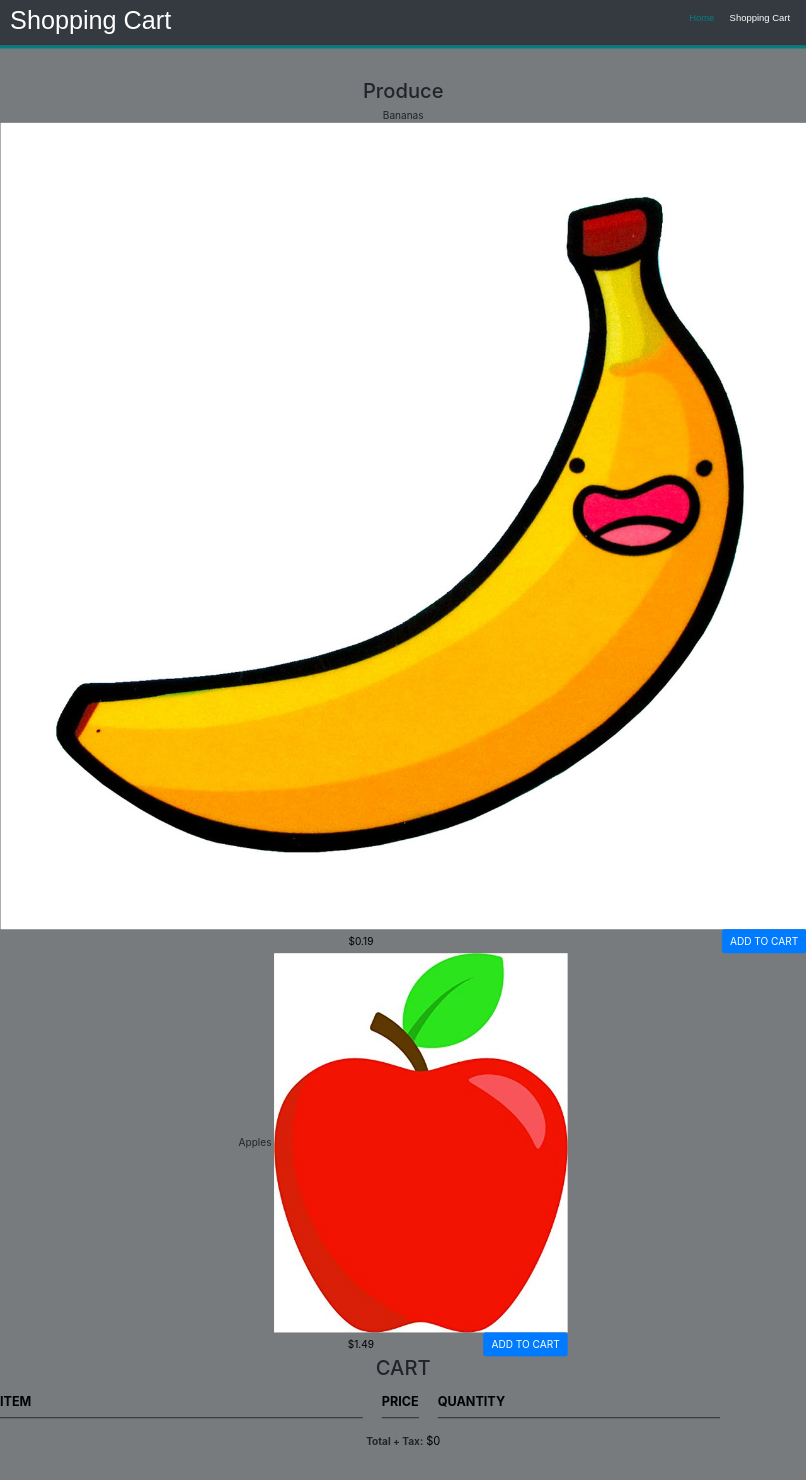
Repository: ElijahHallera/336-Internet-Prog
Page: http://localhost/shoppingcart.html
The author's editor kept a record of every edit. The page is drawn from the files as they stood at one moment, then again after the next edit.
The browser window is 1280 px wide. The pictures show the whole page, at 63% of full size.
The page is run by PHP 8.4 with error messages shown; the project is at /var/www/html/.

Above is the page before.

After the next edit:
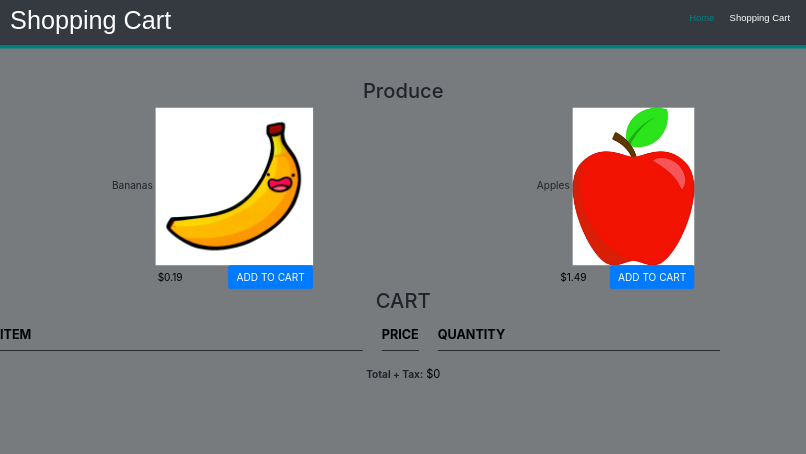
The edit:
--- a/cst336_s2020Assignment2-master/cst336_s2020Assignment2-master/css/app.css
+++ b/cst336_s2020Assignment2-master/cst336_s2020Assignment2-master/css/app.css
@@ -81,7 +81,7 @@
     color: black;
 }
 
-.shop-item-image { /* makes each image the same height */
+.food_image { /* makes each image the same height */
     height: 250px;
 }
 
